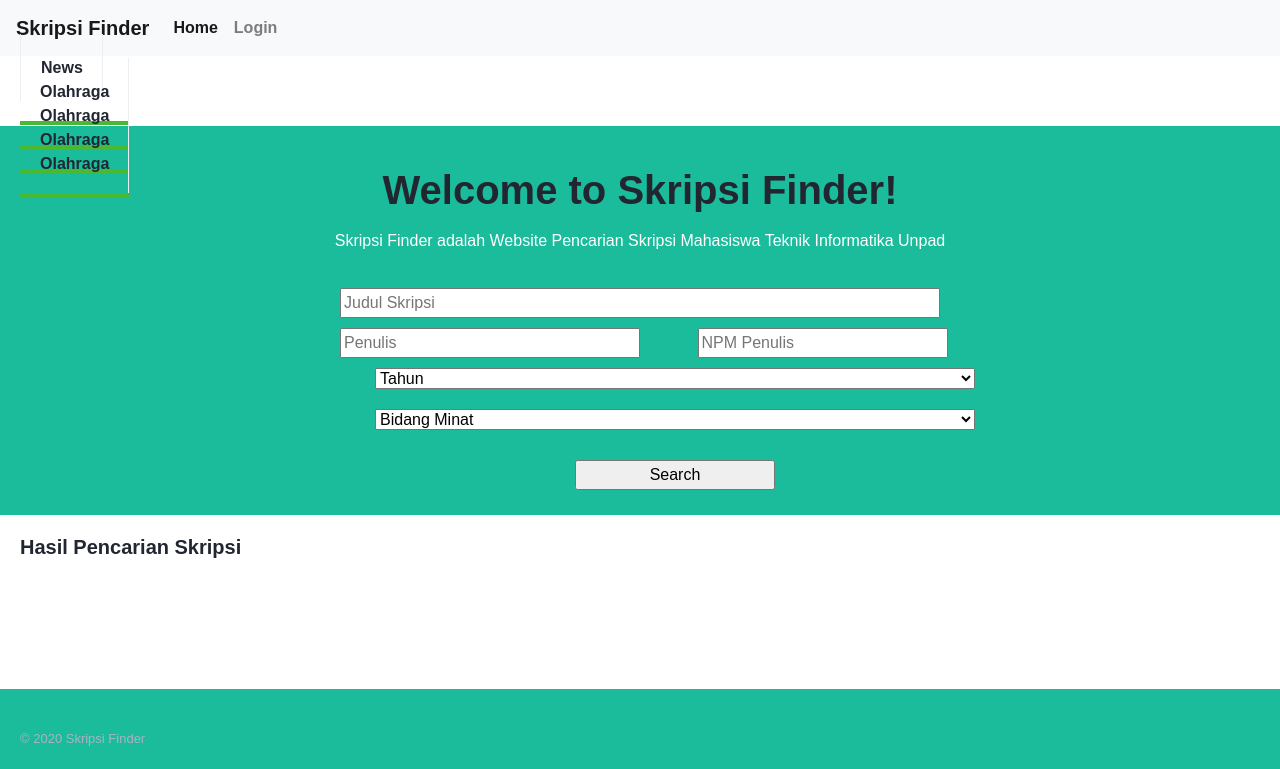
Repository: faalihnst/berita
Page: /
The author's editor kept a copy of each file at every save. The page is drawn from the files as they stood at one save, then again after the next save.
The browser window is 1280 px wide. The pictures show the whole page.
The project was rebuilt for these pictures with package versions that can differ from the ones it lists, and the page was loaded fresh each time.

Above is the page before, as saved 2020-06-05 00:14:03.

After the next save:
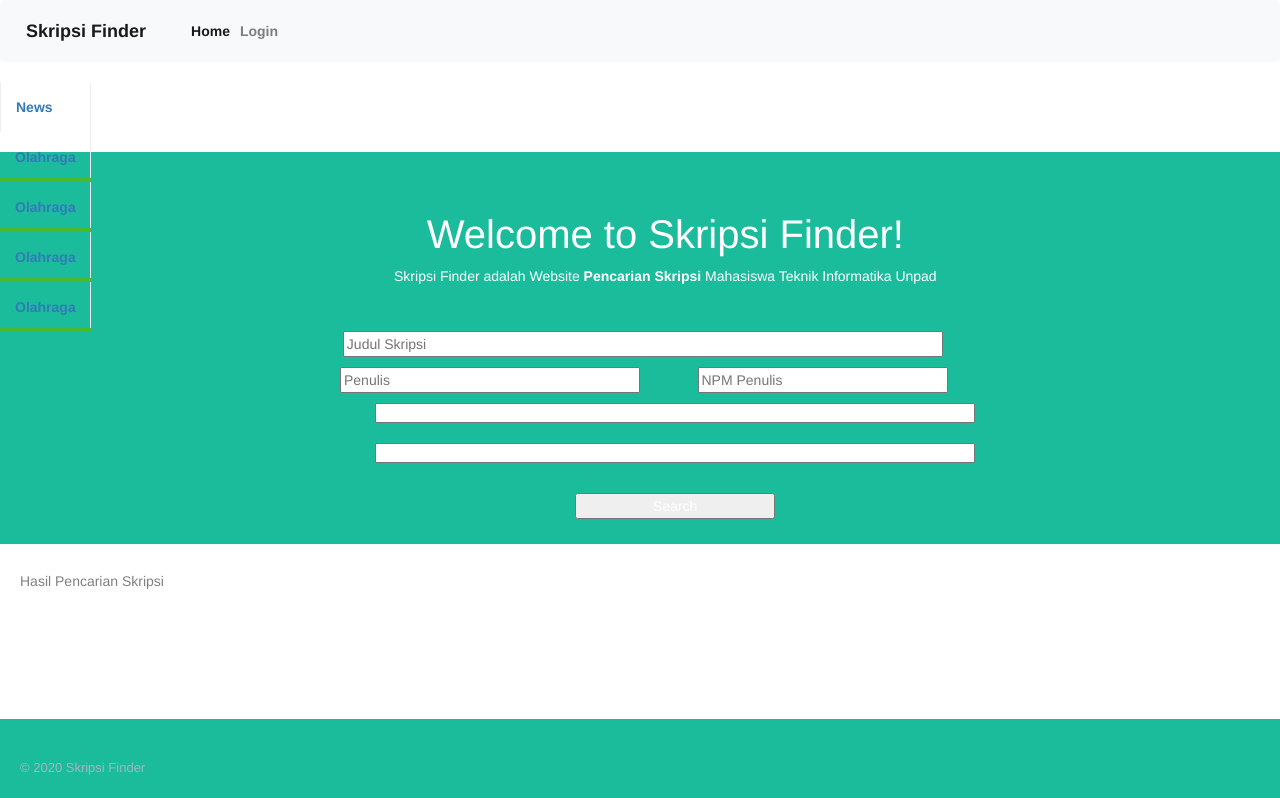
Saved 63 s later.
--- a/src/pages/homepage.js
+++ b/src/pages/homepage.js
@@ -4,7 +4,7 @@
 import qs from "qs";
 import '../assets/style.css';
 import '../assets/style2.css';
-import 'bootstrap/dist/css/bootstrap.min.css';
+import '../assets/bootstrap.min.css';
 // import './assets/font-awesome.min.css';
 
 export default function Homepage() {

After the save that followed:
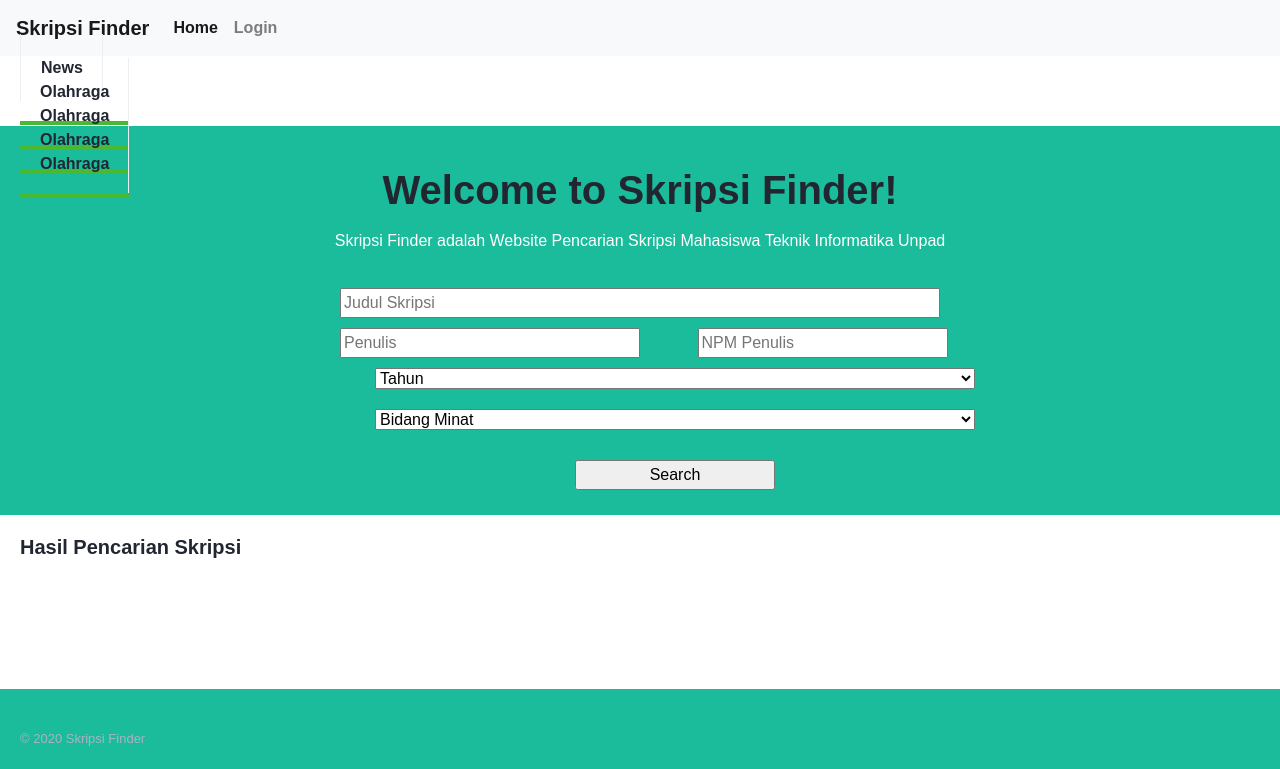
Saved 76 s later.
--- a/src/pages/homepage.js
+++ b/src/pages/homepage.js
@@ -4,7 +4,7 @@
 import qs from "qs";
 import '../assets/style.css';
 import '../assets/style2.css';
-import '../assets/bootstrap.min.css';
+// import '../assets/bootstrap.min.css';
 // import './assets/font-awesome.min.css';
 
 export default function Homepage() {
